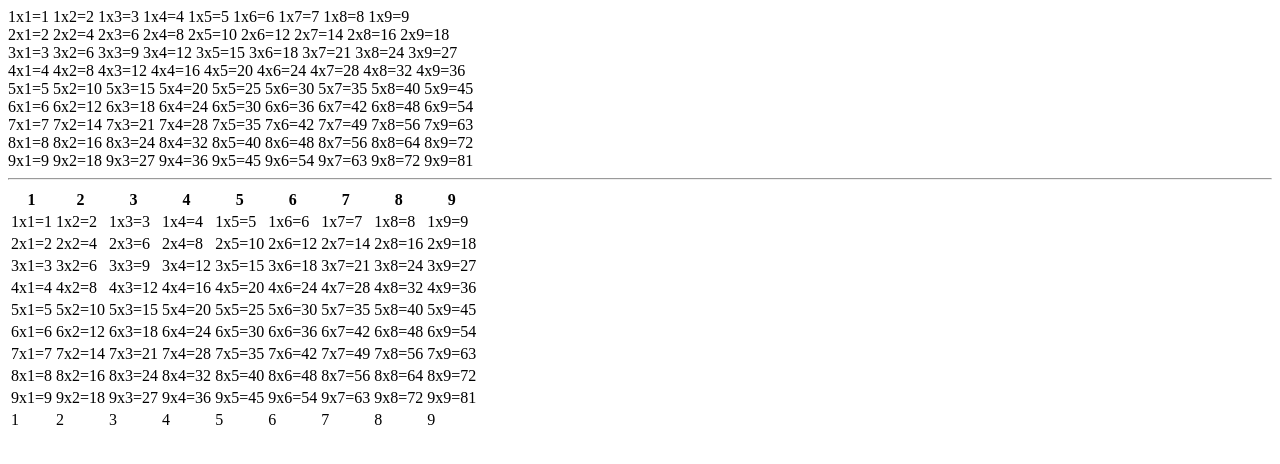
Repository: SongSooJin/JSP
Page: http://localhost/5-jsp-basic/example5/gugudan2.jsp
These files come from the project's save history. The page is drawn as it stood at one moment and after the next save; the edit follows.
The browser window is 1280 px wide. The pictures show the whole page.
The page is served by Tomcat 9.

Above is the page before, as saved 2018-10-08 05:35:32.

After the next save:
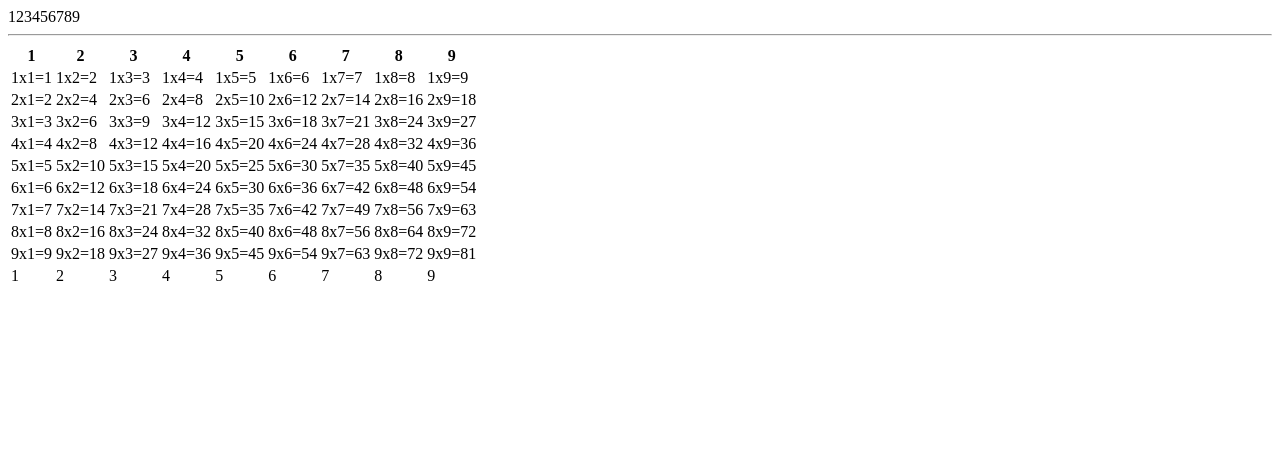
Saved 14 min 23 s later.
--- a/5-jsp-basic/WebContent/example5/gugudan2.jsp
+++ b/5-jsp-basic/WebContent/example5/gugudan2.jsp
@@ -15,10 +15,7 @@
 
 	<%
 		for (int i = 1; i <= 9; i++) {
-			for (int j = 1; j <= 9; j++) {
-				out.print(i + "x" + j + "=" + (i * j) + " ");
-			}
-			out.print("<br>");
+			out.print("<th>"+i+"</th>");
 		}
 	%>
 	<hr>
